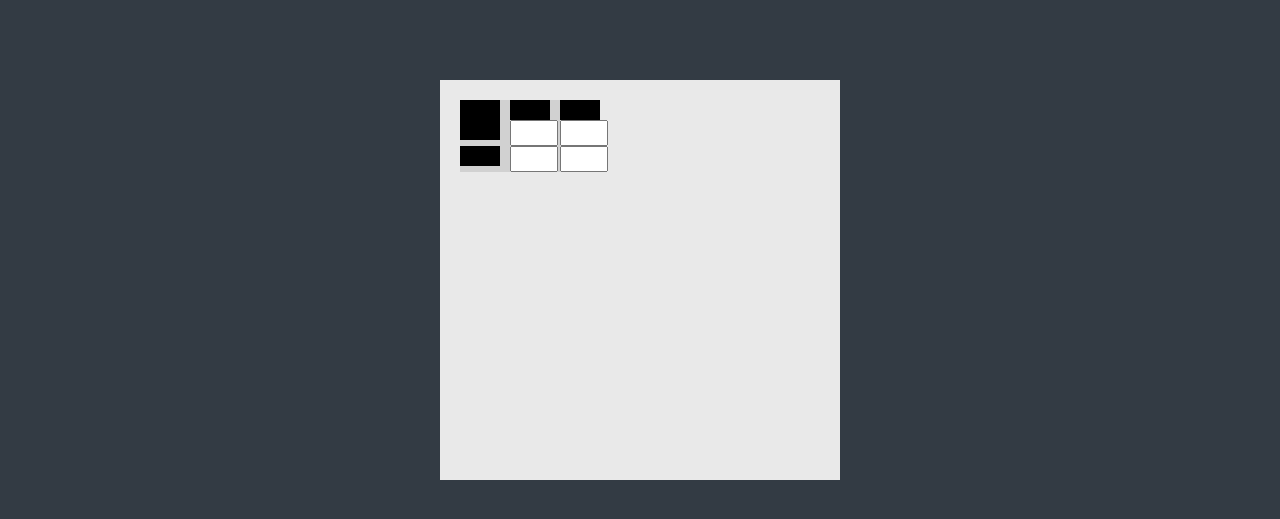
Repository: piookr-wsei/8086
Page: /
These files come from the project's save history. The page is drawn as it stood at one moment and after the next save; the edit follows.
The browser window is 1280 px wide. The pictures show the whole page.
The project was rebuilt for these pictures with package versions that can differ from the ones it lists, and the page was loaded fresh each time.

Above is the page before, as saved 2022-06-17 00:08:42.

After the next save:
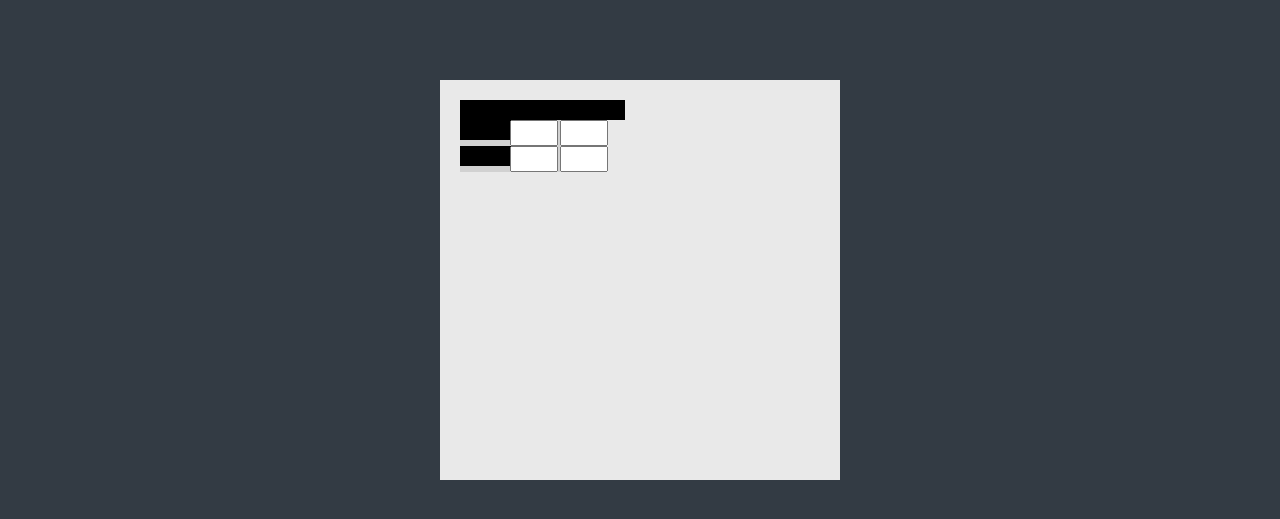
Saved 23 s later.
--- a/src/Components/Components.elements.js
+++ b/src/Components/Components.elements.js
@@ -31,6 +31,6 @@ width: 40px;
 
 export const RegDesc = styled.div`
 height: 20px;
-width: 40px;
+width: 65px;
 background: black;
 `

After the save that followed:
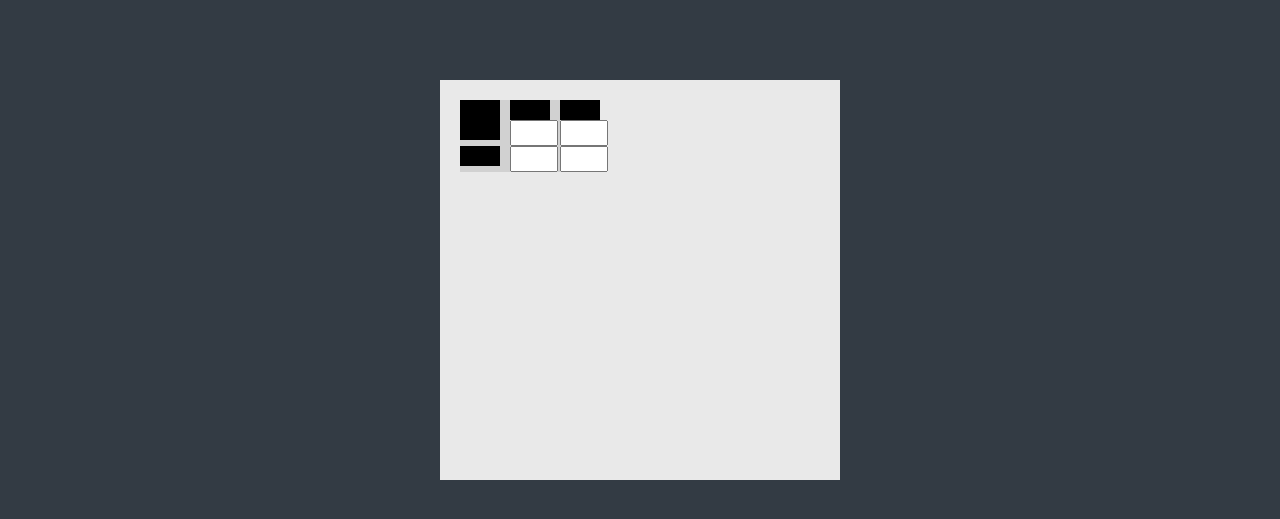
Saved 5 s later.
--- a/src/Components/Components.elements.js
+++ b/src/Components/Components.elements.js
@@ -31,6 +31,6 @@ width: 40px;
 
 export const RegDesc = styled.div`
 height: 20px;
-width: 65px;
+width: 40px;
 background: black;
 `
